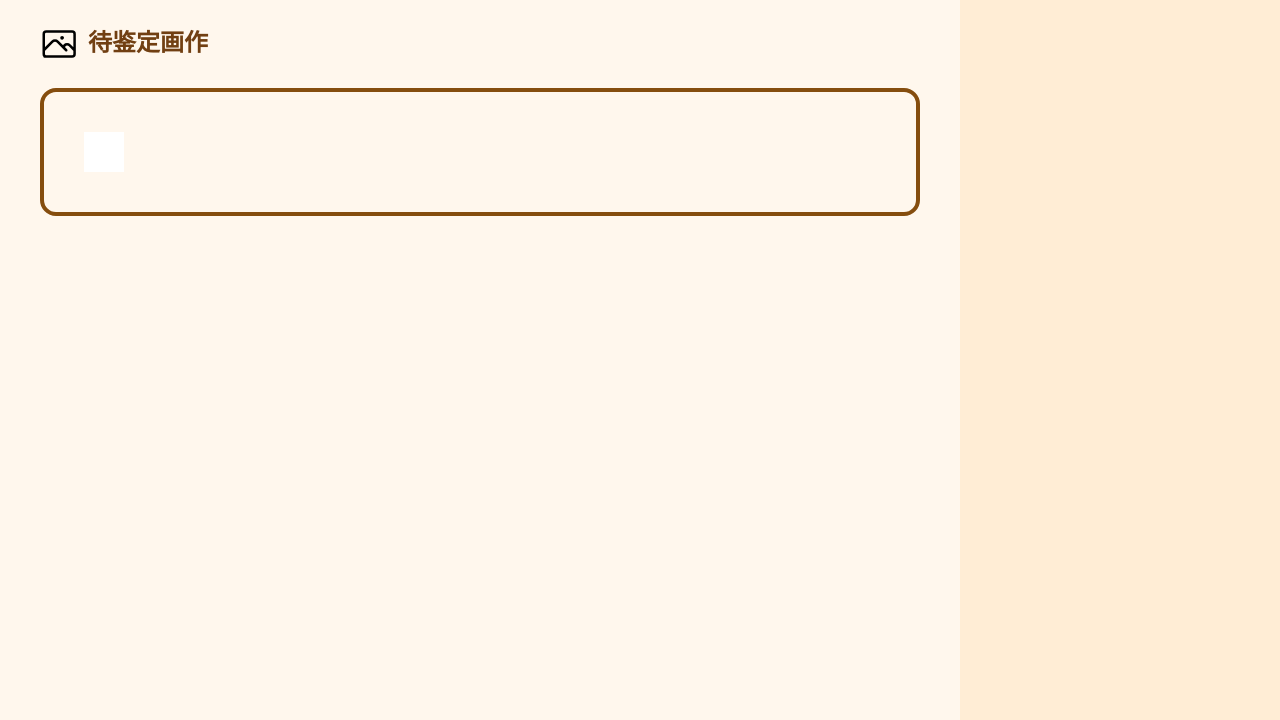
Repository: gaosth/Eyesee
Page: /dtail
These files come from the project's save history. The page is drawn as it stood at one moment and after the next save; the edit follows.
The browser window is 1280 px wide. The pictures show the whole page.
The project was rebuilt for these pictures with package versions that can differ from the ones it lists, and the page was loaded fresh each time. Also part of the build but not shown: vite.config.js, src/components/WelcomeItem.vue, src/components/icons/IconDocumentation.vue, src/components/icons/IconTooling.vue, src/components/icons/IconEcosystem.vue, src/components/icons/IconCommunity.vue, src/components/icons/IconSupport.vue, src/components/TheWelcome.vue and 5 more.

Above is the page before, as saved 2024-03-15 12:04:52.

After the next save:
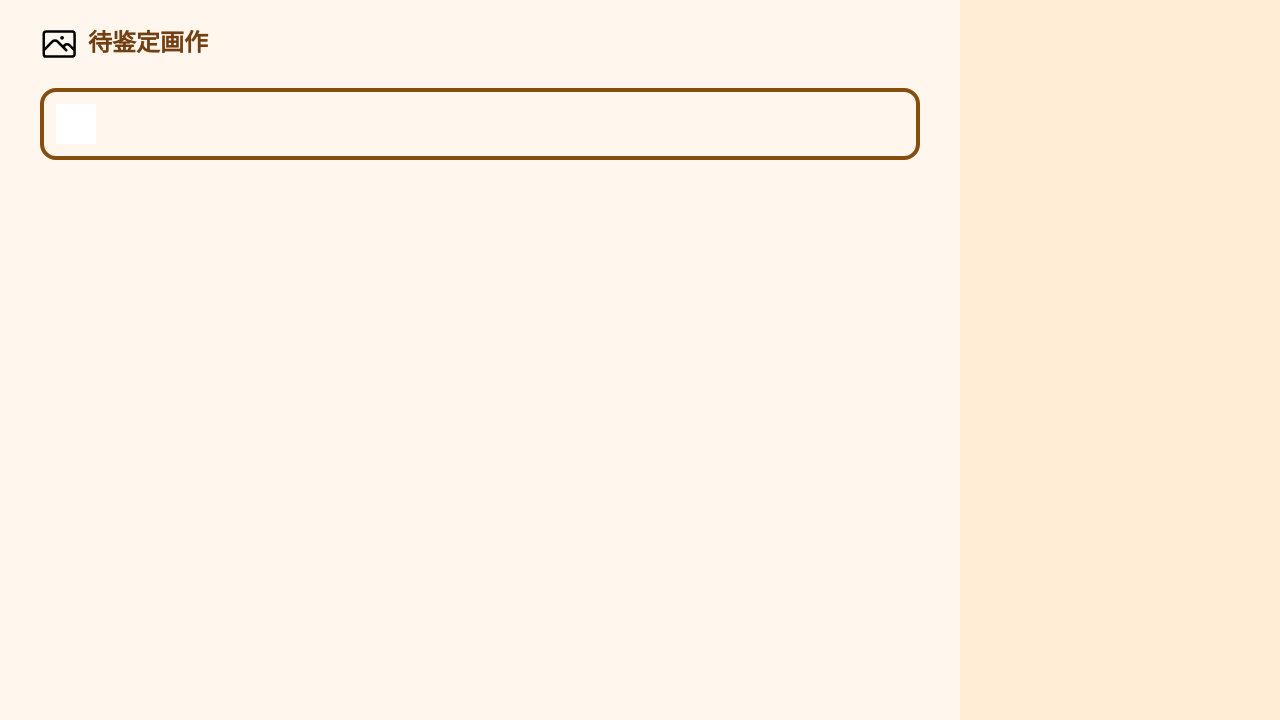
Saved 45 s later.
--- a/src/views/DetailView.vue
+++ b/src/views/DetailView.vue
@@ -12,7 +12,7 @@
                 </div>
             </div>
             <div class = "mx-10 my-6 border-yellow-800 rounded-2xl border-4">
-                <div class = "mx-10 my-10 h-10 w-10 bg-white">
+                <div class = "mx-3 my-3 h-10 w-10 bg-white">
 
                 </div>
             </div>
@@ -20,3 +20,7 @@
         <div class="w-1/4 bg-orange-100"></div>
     </div>
 </template>
+
+<script>
+
+</script>
